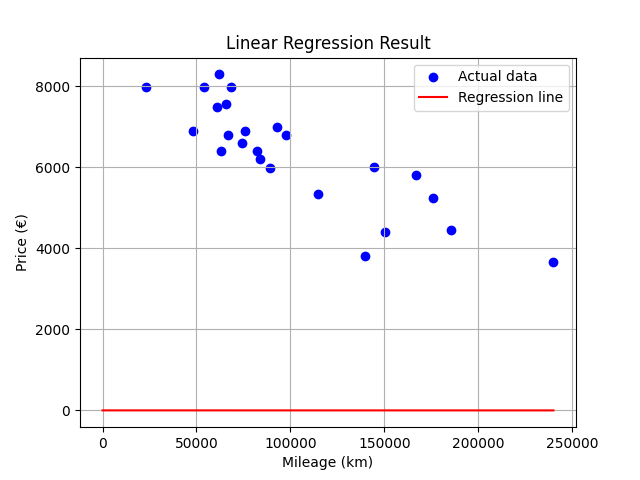
Repository: Nugahh/ft_linear_regression
Script's output: python predict.py
An editor plug-in stored every save of this project. The script's output is shown before and after a run of saves, followed by the edit.
Random numbers start from a fixed seed.

Above is the script's output before, as saved 2025-06-09 19:07:51.

### predict.py
import json
import pandas as pd
import matplotlib.pyplot as plt

def estimate_price(mileage, theta0, theta1):
    return theta0 + theta1 * mileage

# Load trained model
with open('model.json', 'r') as f:
    model = json.load(f)
    theta0 = model['theta0']
    theta1 = model['theta1']
    max_mileage = model['max_mileage']
    max_prices = model['max_prices']

# # Ask user for mileage input
# try:
#     mileage_input = float(input("Enter the mileage of the car: "))
#     normalized = mileage_input / model['max_mileage']
#     predicted_price = estimate_price(normalized, theta0, theta1)
#     actual_price = predicted_price * max_prices
#     print(f"Estimated price: {actual_price:.2f}")
# except ValueError:
#     print("Please enter a valid number.")

# # Plotting the data
df = pd.read_csv('data.csv')
# plt.scatter(df['km'], df['price'])
# plt.xlabel('km')
# plt.ylabel('price (€)')
# plt.title('Mileage vs. Price')
# plt.show()

# Plotting the regression line
# Predict prices for 0 → max mileage
x_vals = list(range(0, int(max_mileage) + 1, 1000))
print(f"x_vals: {x_vals}")
x_norm = [x / max_mileage for x in x_vals]
y_vals = [theta0 + theta1 * x for x in x_norm]


# Plot
plt.scatter(df['km'], df['price'], color='blue', label='Actual data')
plt.plot(x_vals, y_vals, color='red', label='Regression line')
plt.xlabel('Mileage (km)')
plt.ylabel('Price (€)')
plt.title('Linear Regression Result')
plt.legend()
plt.grid(True)
plt.show()

### model.json
{"theta0": 1.0252834318374369, "theta1": -0.6209591389634159, "max_mileage": 240000, "max_prices": 8290}

Loaded but not shown: data.csv (common file)

After the next 3 saves:
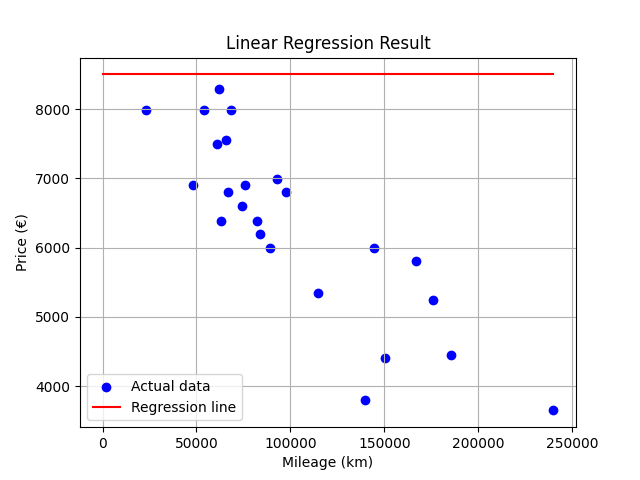
The 3 saves are shown as one change because 2 did not build or start.
The last was saved 87 s later.
--- a/predict.py
+++ b/predict.py
@@ -36,7 +36,7 @@ df = pd.read_csv('data.csv')
 x_vals = list(range(0, int(max_mileage) + 1, 1000))
 print(f"x_vals: {x_vals}")
 x_norm = [x / max_mileage for x in x_vals]
-y_vals = [theta0 + theta1 * x for x in x_norm]
+y_vals = [estimate_price(x / max_mileage, theta0, theta1) * max_prices for x in x_norm]
 
 
 # Plot
